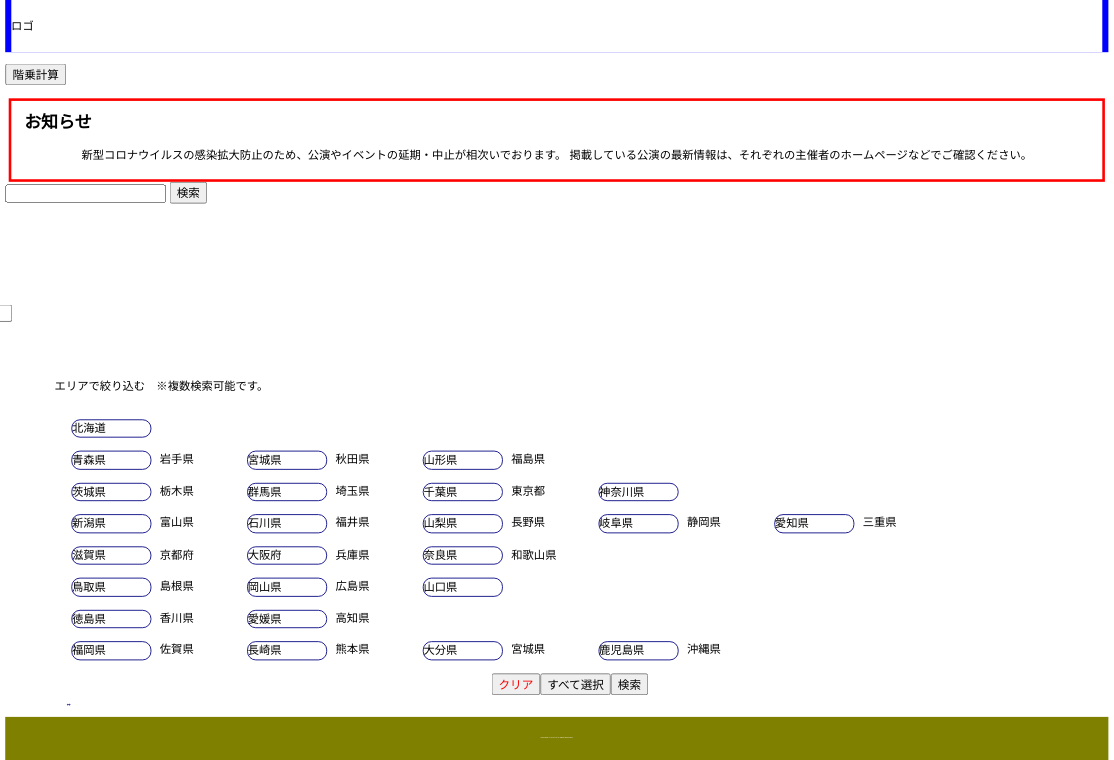
Repository: onomasaki-sapporo/masa-walker
Page: http://localhost/
The author's editor kept a record of every edit. The page is drawn from the files as they stood at one moment, then again after the next edit.
The browser window is 1280 px wide. The pictures show the whole page, at 87% of full size.
The page is run by PHP 8.4 with error messages shown; the project is at /var/www/html/. Queries for data that is not in the repository find no rows.

Above is the page before.

After the next edit:
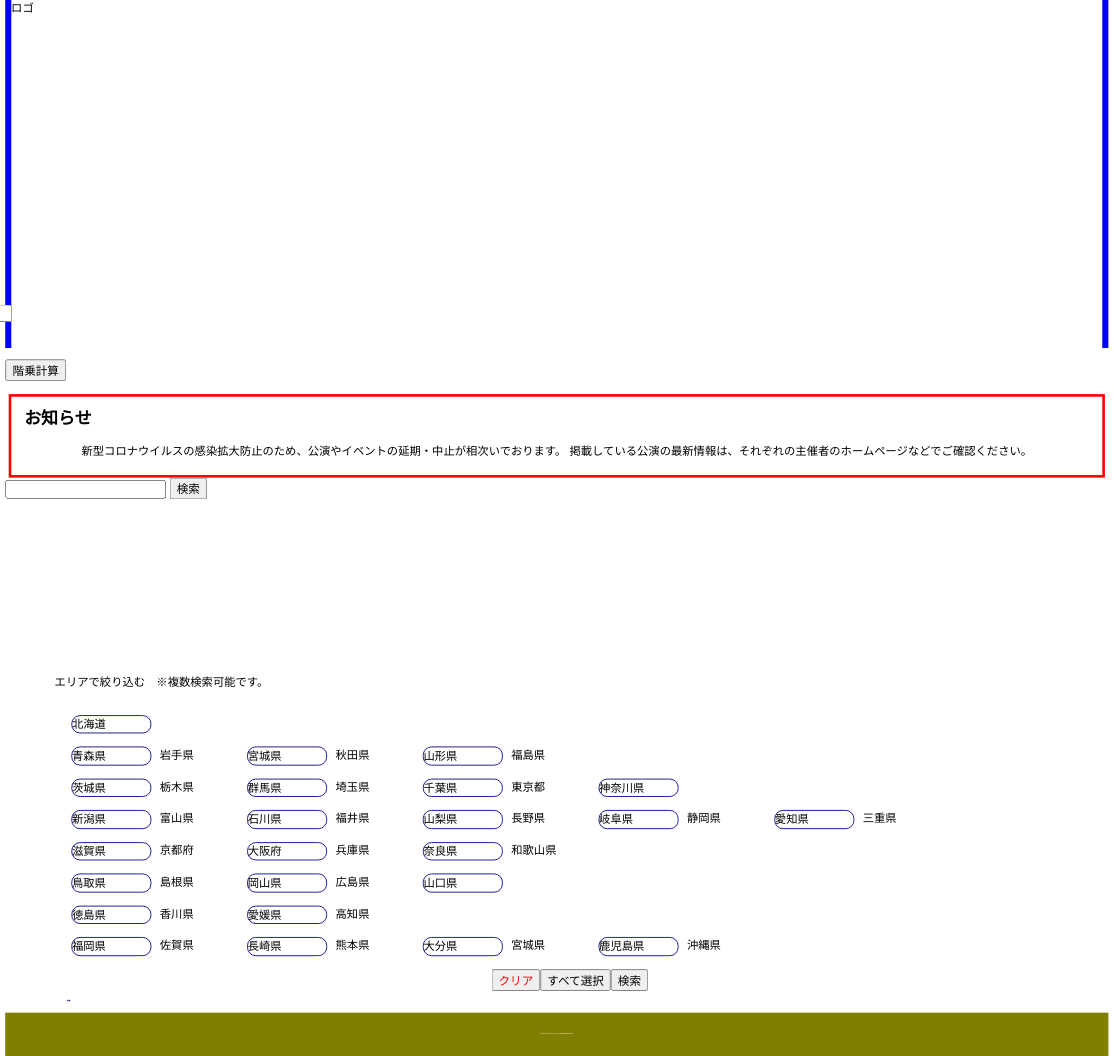
The edit:
--- a/htdocs/css/stylesheet.1.css
+++ b/htdocs/css/stylesheet.1.css
@@ -23,15 +23,15 @@
 	background-color: #00f;
 }
 
-.header .container {
-	height: 60px;
-	display: flex;
-	align-items: center;
-}
-
-.area_logo_header {
-	display: block;
-}
+/*.header > .container {*/
+/*	height: 60px;*/
+/*	display: flex;*/
+/*	align-items: center;*/
+/*}*/
+
+/*.area_logo_header {*/
+/*	display: block;*/
+/*}*/
 
 
 
